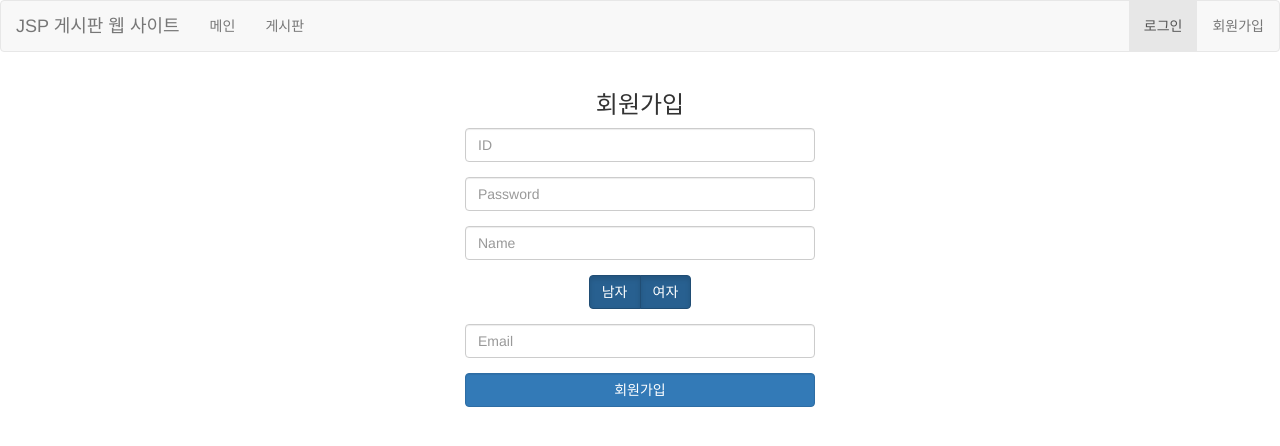
Repository: jjb5442/JSP
Page: http://localhost/07_JSP_FinalProject/register.jsp
An editor plug-in stored every save of this project. The page is shown before and after the next save, followed by the edit.
The browser window is 1280 px wide. The pictures show the whole page.
Some web libraries are served in a nearby version. The page is served by Tomcat 9. Other server files are loaded and not shown.

Above is the page before, as saved 2022-05-29 01:08:00.

### 8Day/workspace/07_JSP_FinalProject/src/main/webapp/register.jsp
<%@ page language="java" contentType="text/html; charset=UTF-8"
    pageEncoding="UTF-8"%>
<!DOCTYPE html>
<html>
<head>
<meta charset="UTF-8">
<title>Insert title here</title>
</head>
<body>
	<% if(session.getAttribute("id") != null) {%>
		<script type="text/javascript">location.href='main.jsp';</script>
	<% } %>
	<jsp:include page="top.jsp"></jsp:include>
	<div class="container">
		<div class="col-lg-4"></div>
		<div class="col-lg-4">
			<h3 style="text-align:center;">회원가입</h3>
			<form action="register_action.jsp" method="post">
				<div class="form-group">
					<input type="text" class="form-control" placeholder="ID"
					name="id" required maxlength="20">
				</div>
				<div class="form-group">
					<input type="password" class="form-control" placeholder="Password"
					name="password" required maxlength="20">
				</div>
				<div class="form-group">
					<input type="text" class="form-control" placeholder="Name"
					name="name" required maxlength="20">
				</div>
				<div class="form-group" style="text-align: center;">
					<div class="btn-group" data-toggle="buttons">
						<label class="btn btn-primary active">
							<input type="radio" name="gender" value="남자" checked>남자
						</label>
						<label class="btn btn-primary active">
							<input type="radio" name="gender" value="여자"		 >여자
						</label>
					</div>
				</div>
				<div class="form-group">
					<input type="email" class="form-control" placeholder="Email"
					name="email" required maxlength="20">
				</div>
				<input type="submit" class="btn btn-primary form-control" value="회원가입">
			</form>
		</div>
	</div>
</body>
</html>

### 8Day/workspace/07_JSP_FinalProject/src/main/webapp/top.jsp
<%@ page language="java" contentType="text/html; charset=UTF-8"
    pageEncoding="UTF-8"%>
<%
	String[] url = request.getRequestURL().toString().split("/");
	String pageName = url[url.length - 1];
	System.out.println("pageName : " + pageName);
%>
<!DOCTYPE html>
<html>
<head>
<meta charset="UTF-8">
<title>Insert title here</title>
<!-- 화면 최적화 -->
<meta name="viewport" content="width-device-width" initial-scale="1">
<link rel="stylesheet" href="css/bootstrap.css">
</head>
<body>
	<!-- 부트스트랩 : 페이지를 꾸며주는 기능들이 들어있는 라이브러리 -->
	<nav class="navbar navbar-default"> <!-- 네비게이션 -->
		<div class="navbar-header"> 	<!-- 네비게이션 상단 부분 -->
			<!-- 네비게이션 상단 박스 영역 -->
			<button type="button" class="navbar-toggle collapsed"
				data-toggle="collapse" data-target="#bs-example-navbar-collapse-1"
				aria-expanded="false">
				<!-- 이 삼줄 버튼은 화면이 좁아지면 우측에 나타난다 -->
				<span class="icon-bar"></span>
				<span class="icon-bar"></span>
				<span class="icon-bar"></span>
			</button>
			<a class="navbar-brand" href="main.jsp">JSP 게시판 웹 사이트</a>
		</div>
		<div class="collapse navbar-collapse" id="bs-example-navbar-collapse-1">
			<ul class="nav navbar-nav">
				<li><a href="main.jsp">메인</a></li>
				<li><a href="board.jsp">게시판</a></li>
			</ul>
			<!-- 헤더 우측에 나타나는 드랍다운 영역 -->
			<ul class="nav navbar-nav navbar-right">
				<% if(session.getAttribute("id") == null) {%>
					<li class="active"><a href="login.jsp">로그인</a></li>
					<li><a href="register.jsp">회원가입</a></li>
				<% }else{ %>
					<li><a href="logout_action.jsp">로그아웃</a></li>
				<% } %>
			</ul>
		</div>
	</nav>
	<script src="https://code.jquery.com/jquery-3.1.1.min.js"></script>
	<script src="js/bootstrap.js"></script>
</body>
</html>

Loaded but not shown: 8Day/workspace/07_JSP_FinalProject/src/main/webapp/css/bootstrap.css (library); 8Day/workspace/07_JSP_FinalProject/src/main/webapp/js/bootstrap.js (library)

After the next save:
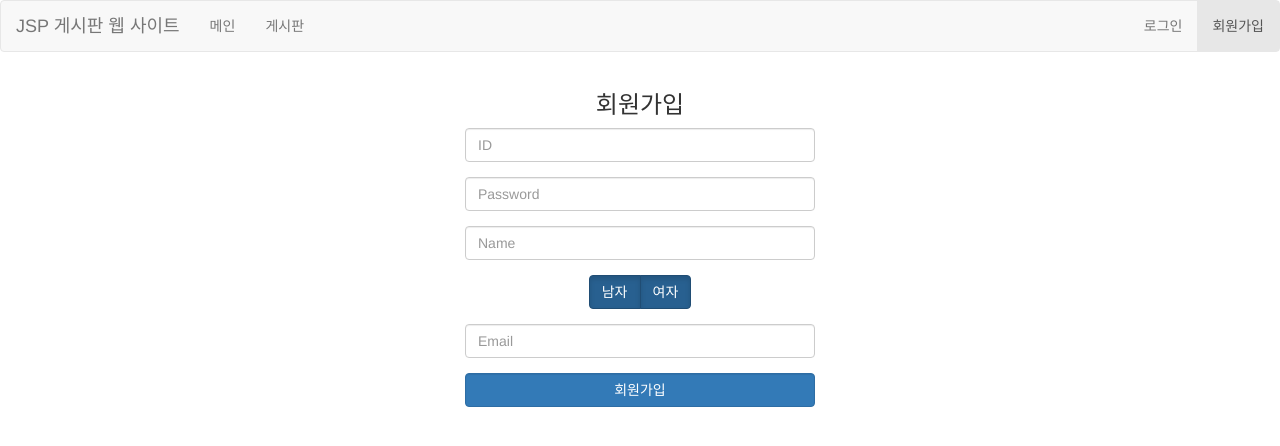
Saved 5 min 8 s later.
--- a/8Day/workspace/07_JSP_FinalProject/src/main/webapp/top.jsp
+++ b/8Day/workspace/07_JSP_FinalProject/src/main/webapp/top.jsp
@@ -3,7 +3,6 @@
 <%
 	String[] url = request.getRequestURL().toString().split("/");
 	String pageName = url[url.length - 1];
-	System.out.println("pageName : " + pageName);
 %>
 <!DOCTYPE html>
 <html>
@@ -31,14 +30,36 @@
 		</div>
 		<div class="collapse navbar-collapse" id="bs-example-navbar-collapse-1">
 			<ul class="nav navbar-nav">
-				<li><a href="main.jsp">메인</a></li>
-				<li><a href="board.jsp">게시판</a></li>
+
+				<% if(pageName.equals("main.jsp")) {%>
+					<li class="active"><a href="main.jsp">메인</a></li>
+				<% }else{ %>
+					<li><a href="main.jsp">메인</a></li>
+				<% } %>
+
+
+				<% if(pageName.equals("board.jsp")) {%>
+					<li class="active"><a href="board.jsp">게시판</a></li>
+				<% }else{ %>
+					<li><a href="board.jsp">게시판</a></li>
+				<% } %>
+
 			</ul>
 			<!-- 헤더 우측에 나타나는 드랍다운 영역 -->
 			<ul class="nav navbar-nav navbar-right">
 				<% if(session.getAttribute("id") == null) {%>
-					<li class="active"><a href="login.jsp">로그인</a></li>
-					<li><a href="register.jsp">회원가입</a></li>
+
+					<% if(pageName.equals("login.jsp")) {%>
+						<li class="active"><a href="login.jsp">로그인</a></li>
+					<% }else{ %>
+						<li><a href="login.jsp">로그인</a></li>
+					<% } %>
+
+					<% if(pageName.equals("register.jsp")) {%>
+						<li class="active"><a href="register.jsp">회원가입</a></li>
+					<% }else{ %>
+						<li><a href="register.jsp">회원가입</a></li>
+					<% } %>
 				<% }else{ %>
 					<li><a href="logout_action.jsp">로그아웃</a></li>
 				<% } %>
